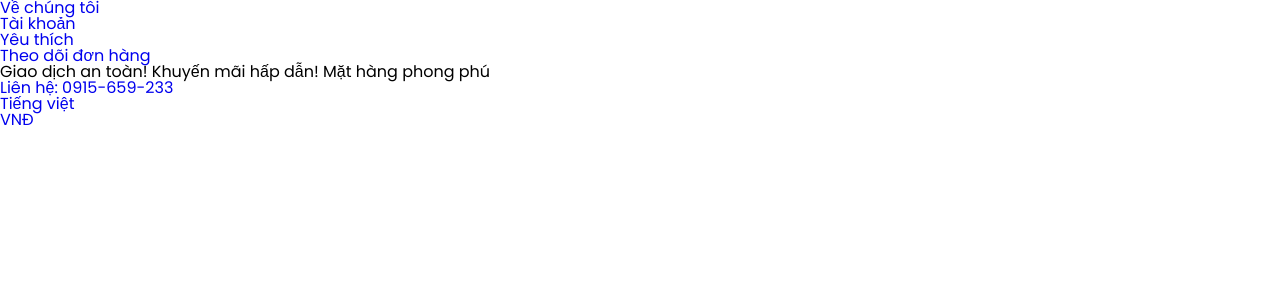
Repository: DucNghia2004/project_pro_01
Page: index.html
These files come from the project's save history. The page is drawn as it stood at one moment and after the next save; the edit follows.
The browser window is 1280 px wide. The pictures show the whole page.

Above is the page before, as saved 2024-05-30 20:02:42.

After the next save:
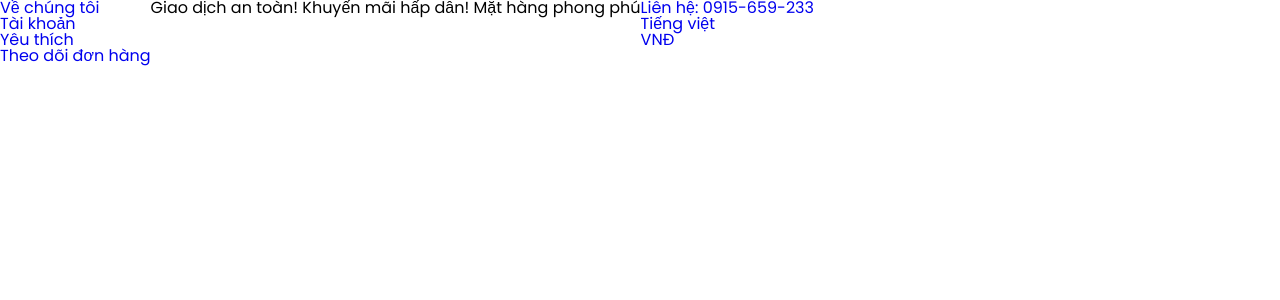
Saved 69 s later.
--- a/assets/css/styles.css
+++ b/assets/css/styles.css
@@ -29,3 +29,8 @@ button {
 a {
     text-decoration: none;
 }
+
+/* Info-header */
+.info {
+    display: flex;
+}
